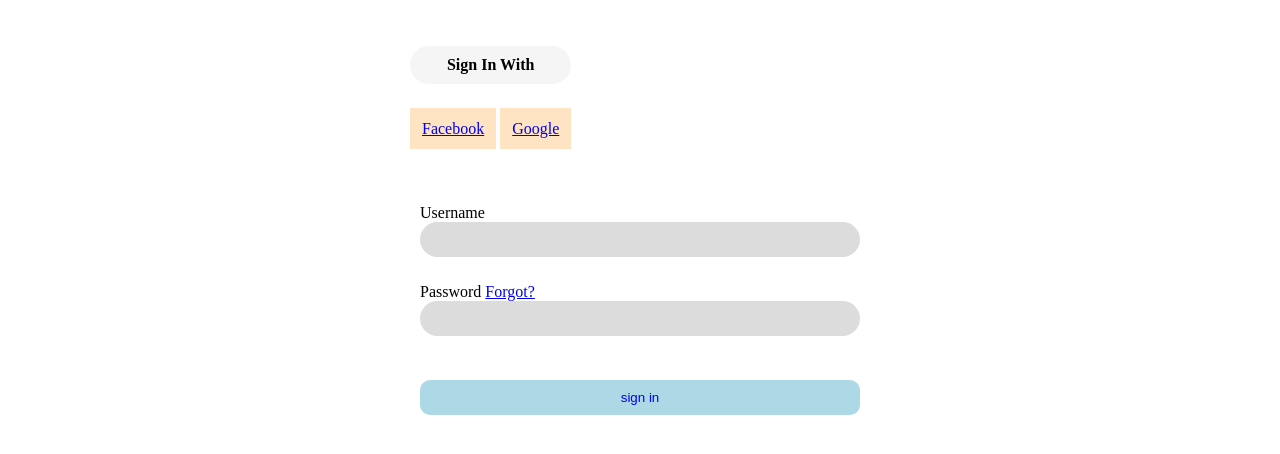
Repository: Tobby004/bdc-assignment-2
Page: index.html
These files come from the project's save history. The page is drawn as it stood at one moment and after the next save; the edit follows.
The browser window is 1280 px wide. The pictures show the whole page.

Above is the page before, as saved 2023-02-11 07:24:20.

### index.html
<!DOCTYPE html>
<html lang="en">
<head>
    <meta charset="UTF-8">
    <meta http-equiv="X-UA-Compatible" content="IE=edge">
    <meta name="viewport" content="width=<device-width>, initial-scale=1.0">
    <title>Document</title>
    <link rel="stylesheet" href="task.css">
</head>
<body>
    <header>
    <div class="box-container">
        <div class="box1">
        <br>
            <b>
             Sign In With
            </b>
        <br>
        <br>
        <a href="#">
            Facebook</a>
            <a href="#">
                Google
            </a>
        </div>
            </div>
        </header>


        <div class="form-input">
        <p>Username
            <br>
            <input type="text" placeholder="" />
        </p>
         <p>Password
            <a href="#">Forgot?</a>
            <br>
            <input type="password" />
         </p>
         <br>
         <button>sign in</button>
        </div>

</body>
</html>

### task.css
*{
    box-sizing:border-box;
}
header{
    display: flex;
    padding: 20px;
    max-width: 500px;
    margin-left: auto;
    margin-right: auto;
    justify-content: space-between;
}
header b {
    background-color:whitesmoke ;
    display: flex;
    padding: 10px;
    border-radius: 40px;
    margin-right: auto;
    margin-left: auto;
    max-width: 500px;
    justify-content: center;
}
header a {
    display: flexbox;
    padding: 12px;
    background-color: bisque;
    width: 100%;
    max-width: 100px;
}
.form-input{
    display: block;
    max-width: 500px;
    height: 10px;
    padding: 30px;
    margin-left: auto;
    margin-right: auto;
}
input {
    background-color: gainsboro;
    display: flexbox;
    padding: 10px;
    width: 100%;
    border: none;

    border-radius: 30px;
    margin-bottom: 10px;
}
button {
    display: block;
    padding: 10px;
    width: 100%;
    border: none;
    color: blue;
    border-radius: 10px;
    background: lightblue;
}

After the next save:
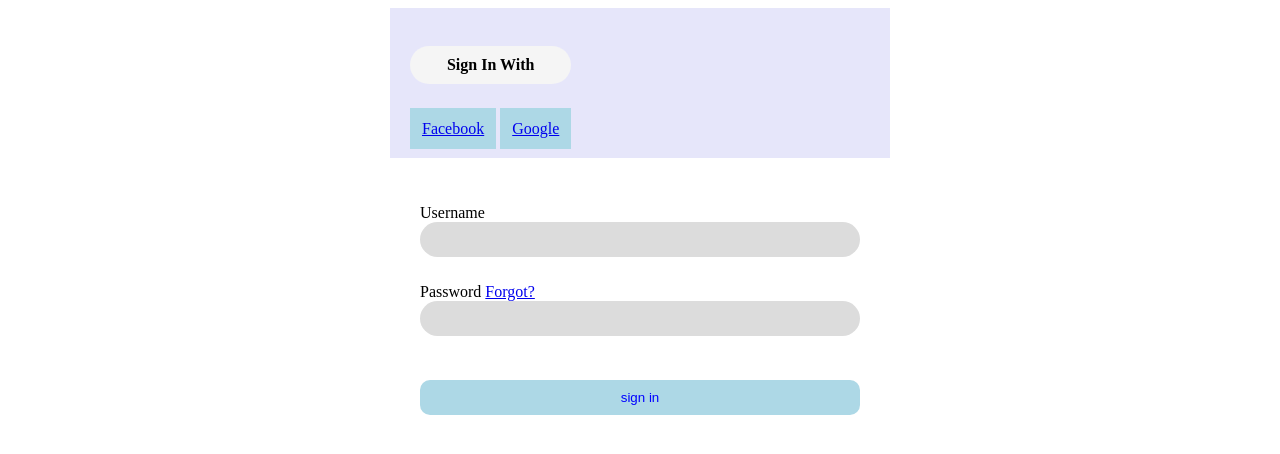
Saved 2 min 32 s later.
--- a/task.css
+++ b/task.css
@@ -2,6 +2,7 @@
     box-sizing:border-box;
 }
 header{
+    background-color: lavender;
     display: flex;
     padding: 20px;
     max-width: 500px;
@@ -22,7 +23,7 @@ header b {
 header a {
     display: flexbox;
     padding: 12px;
-    background-color: bisque;
+    background-color: lightblue;
     width: 100%;
     max-width: 100px;
 }
